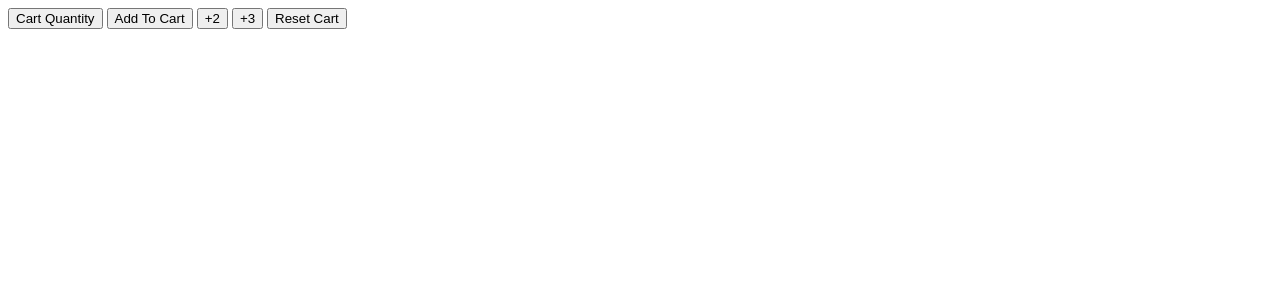
Repository: EguJaredoBoyd/Jared-Learning-Projects
Page: javascript-tutorial.html
An editor plug-in stored every save of this project. The page is shown before and after the next save, followed by the edit.
The browser window is 1280 px wide. The pictures show the whole page.

Above is the page before, as saved 2025-06-26 22:16:39.

After the next save:
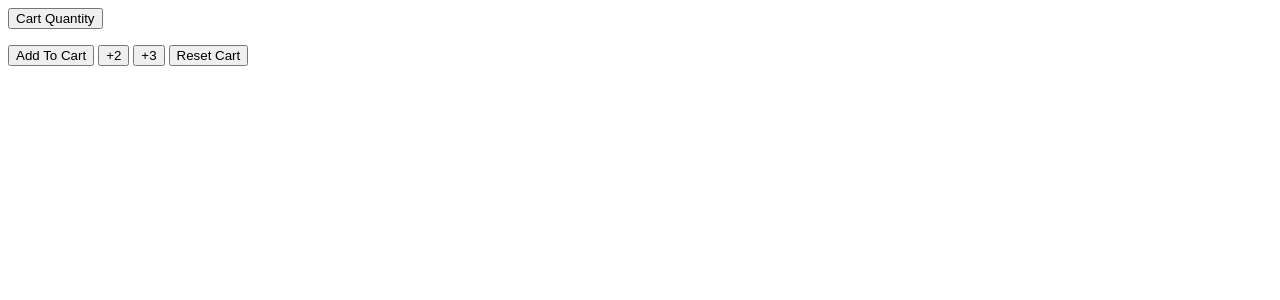
Saved 2 min 39 s later.
--- a/javascript-tutorial.html
+++ b/javascript-tutorial.html
@@ -6,7 +6,8 @@
     <title>Document</title>
 </head>
 <body>
-    <button>Cart Quantity</button>
+    <button onclick="">Cart Quantity</button>
+    <p id="cart-quantity"></p>
     <button>Add To Cart</button>
     <button>+2</button>
     <button>+3</button>
